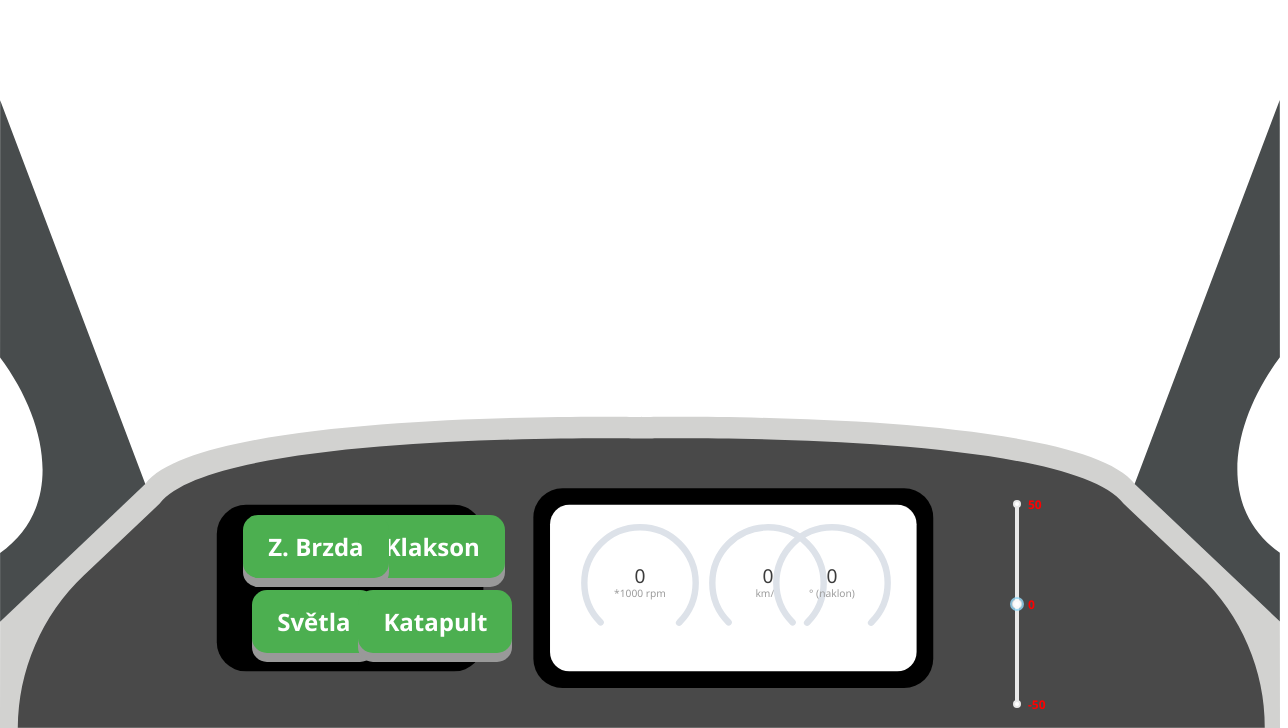
Repository: matyasvelc/train
Page: / (app in frontend/)
These files come from the project's save history. The page is drawn as it stood at one moment and after a run of saves; the edit follows.
The browser window is 1280 px wide. The page is 1288 px wide, so the pictures cover 1288 px, including what lies to the right of the window. The pictures show the whole page.
The page's requests for data from a server got no answer. The project was rebuilt for these pictures with package versions that can differ from the ones it lists, and the page was loaded fresh each time. No one was signed in, and anything a server would have sent is missing.

Above is the page before, as saved 2022-04-04 18:20:19.

After the next 3 saves:
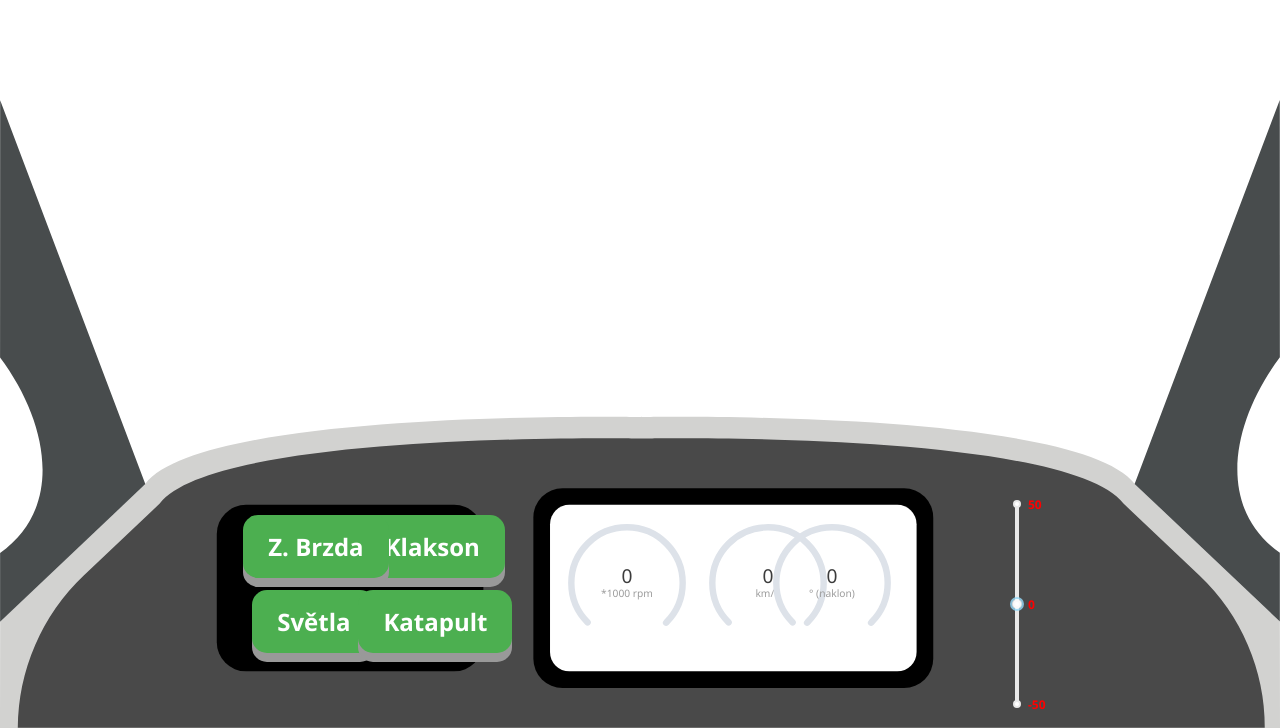
The 3 saves are shown as one change because they came seconds apart.
The last was saved 64 s later.
--- a/frontend/src/styles.css
+++ b/frontend/src/styles.css
@@ -30,7 +30,7 @@ body {
 .budik1{
   position: absolute;
   top: 71%;
-  left: 45%;
+  left: 44%;
   width: 10%;
 }
 .budik2{
